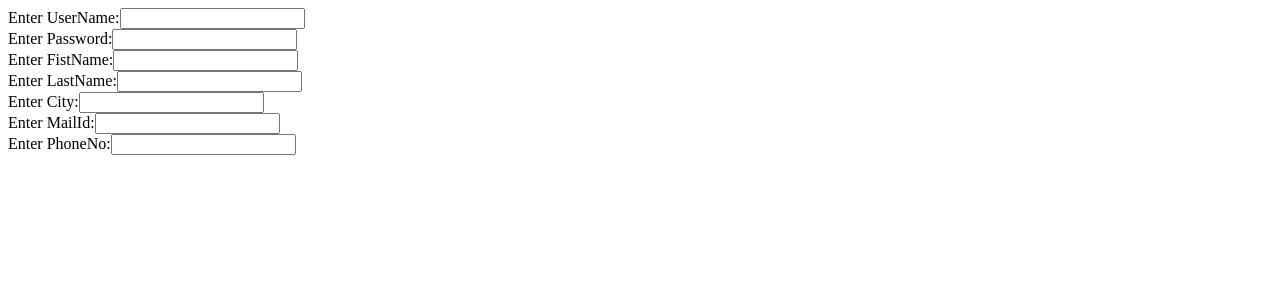
Repository: sudeepnagar/Advanced71
Page: App_Servlet_3_JSP_Assignment1/src/main/webapp/user.html
These files come from the project's save history. The page is drawn as it stood at one moment and after the next save; the edit follows.
The browser window is 1280 px wide. The pictures show the whole page.

Above is the page before, as saved 2025-03-05 07:00:49.

### App_Servlet_3_JSP_Assignment1/src/main/webapp/user.html
<!DOCTYPE html>
<html>
<head>
<meta charset="UTF-8">
<title>Insert title here</title>
</head>
<body>
<form>
 Enter UserName:<input type="text" name="uname"><br>
 Enter Password:<input type="text" name="upass"><br>
 Enter FistName:<input type="text" name="ufn"><br>
 Enter LastName:<input type="text" name="uln"><br>
 Enter City:<input type="text" name="ucity"><br>
 Enter MailId:<input type="text" name="umail"><br>
 Enter PhoneNo:<input type="text" name="uphno"><br>
</form>
</body>
</html>

After the next save:
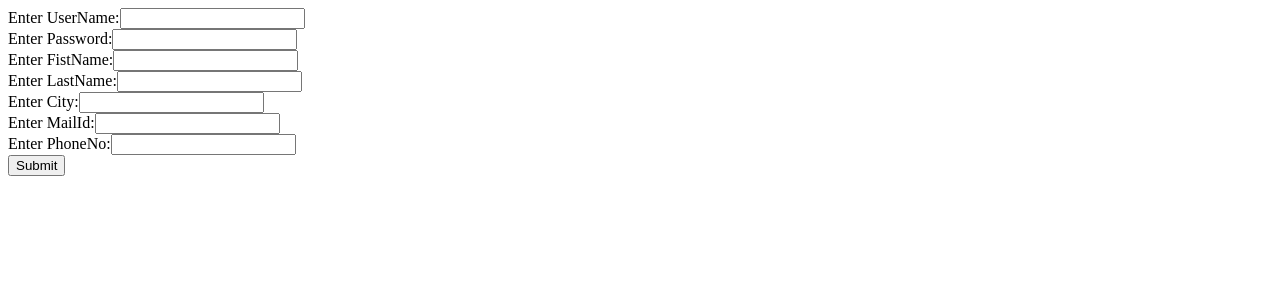
Saved 46 s later.
--- a/App_Servlet_3_JSP_Assignment1/src/main/webapp/user.html
+++ b/App_Servlet_3_JSP_Assignment1/src/main/webapp/user.html
@@ -13,6 +13,7 @@
  Enter City:<input type="text" name="ucity"><br>
  Enter MailId:<input type="text" name="umail"><br>
  Enter PhoneNo:<input type="text" name="uphno"><br>
+ <input type="Submit" name="Display">
 </form>
 </body>
 </html>
